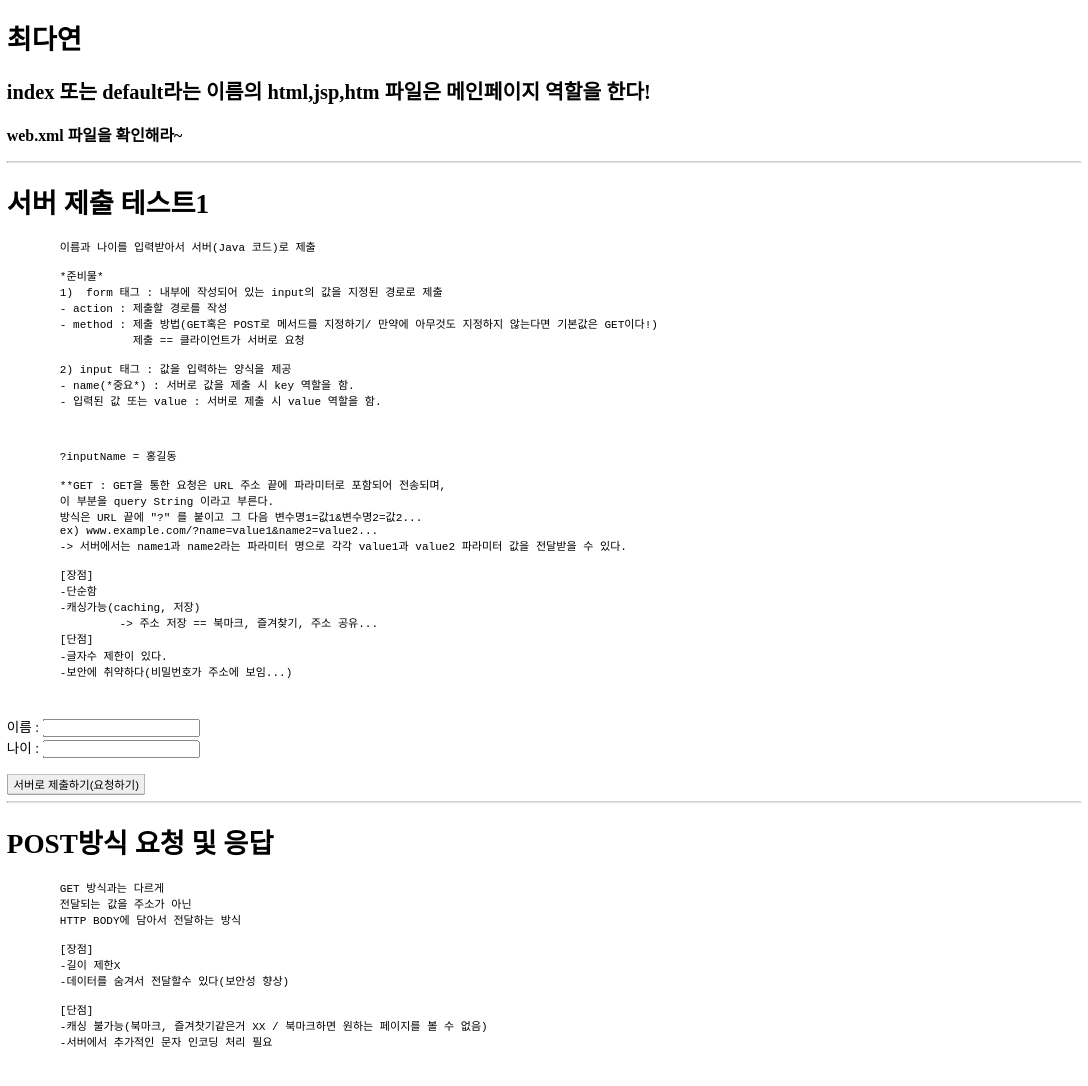
Repository: ana80202/05_Server
Page: ServletProject/src/main/webapp/index.html
The author's editor kept a copy of each file at every save. The page is drawn from the files as they stood at one save, then again after the next save.
The browser window is 1280 px wide. The pictures show the whole page, at 85% of full size.

Above is the page before, as saved 2024-03-21 05:19:25.

### ServletProject/src/main/webapp/index.html
<!DOCTYPE html>  <!-- !+ enter치면 됨 -->  <!-- 주석 단축키 : ctrl + / -->
<html lang="en">

<head>
    <meta charset="UTF-8">
    <meta name="viewport" content="width=device-width, initial-scale=1.0">
    <title>Servlet 프로젝트</title>
</head>

<body>
    <h1>최다연</h1>
    <h2>index 또는 default라는 이름의 html,jsp,htm 파일은 메인페이지 역할을 한다!</h2>
    <h3>web.xml 파일을 확인해라~</h3>
    <!-- 프로젝트 폴더에서 우클릭  후  run as -> run on server 해주면 된다.-->

    <hr>

    <h1>서버 제출 테스트1</h1>
    <pre>
        이름과 나이를 입력받아서 서버(Java 코드)로 제출

        *준비물*
        1)  form 태그 : 내부에 작성되어 있는 input의 값을 지정된 경로로 제출
        - action : 제출할 경로를 작성
        - method : 제출 방법(GET혹은 POST로 메서드를 지정하기/ 만약에 아무것도 지정하지 않는다면 기본값은 GET이다!)
                   제출 == 클라이언트가 서버로 요청

        2) input 태그 : 값을 입력하는 양식을 제공
        - name(*중요*) : 서버로 값을 제출 시 key 역할을 함.
        - 입력된 값 또는 value : 서버로 제출 시 value 역할을 함.

        <!-- <input name = "inputName" value="홍길동"/> -->

        ?inputName = 홍길동

        **GET : GET을 통한 요청은 URL 주소 끝에 파라미터로 포함되어 전송되며,
        이 부분을 query String 이라고 부른다.
        방식은 URL 끝에 "?" 를 붙이고 그 다음 변수명1=값1&변수명2=값2...
        ex) www.example.com/?name=value1&name2=value2...
        -> 서버에서는 name1과 name2라는 파라미터 명으로 각각 value1과 value2 파라미터 값을 전달받을 수 있다.

        [장점]
        -단순함
        -캐싱가능(caching, 저장)
                 -> 주소 저장 == 북마크, 즐겨찾기, 주소 공유...
        [단점]
        -글자수 제한이 있다.
        -보안에 취약하다(비밀번호가 주소에 보임...)

    </pre>

    <form action="/example1" method="get">
        이름 : <input name = "inputName">
        <br>
        나이 : <input type="number" name="inputAge">
        <br><br>
        <button type="submit">서버로 제출하기(요청하기)</button>   <!-- 버튼의 기본값은 submit -->
    </form>

	<hr>

    <h1>POST방식 요청 및 응답</h1>
	<pre>
        GET 방식과는 다르게
        전달되는 값을 주소가 아닌
        HTTP BODY에 담아서 전달하는 방식

        [장점]
        -길이 제한X
        -데이터를 숨겨서 전달할수 있다(보안성 향상)

        [단점]
        -캐싱 불가능(북마크, 즐겨찻기같은거 XX / 북마크하면 원하는 페이지를 볼 수 없음)
        -서버에서 추가적인 문자 인코딩 처리 필요

    </pre>


</body>
</html>

After the next save:
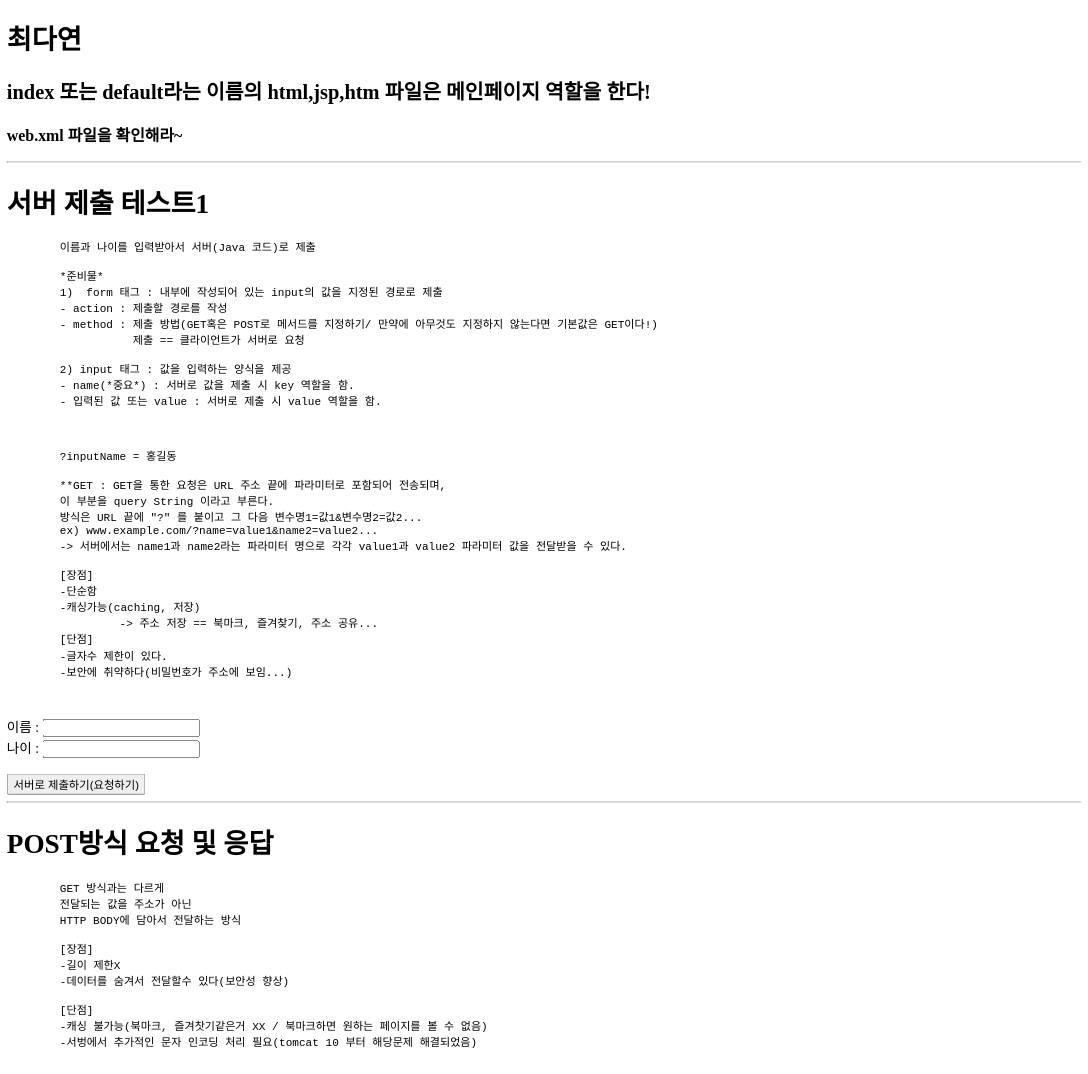
Saved 102 s later.
--- a/ServletProject/src/main/webapp/index.html
+++ b/ServletProject/src/main/webapp/index.html
@@ -71,8 +71,7 @@
 
         [단점]
         -캐싱 불가능(북마크, 즐겨찻기같은거 XX / 북마크하면 원하는 페이지를 볼 수 없음)
-        -서버에서 추가적인 문자 인코딩 처리 필요
-
+        -서벙에서 추가적인 문자 인코딩 처리 필요(tomcat 10 부터 해당문제 해결되었음)
     </pre>
 
 
